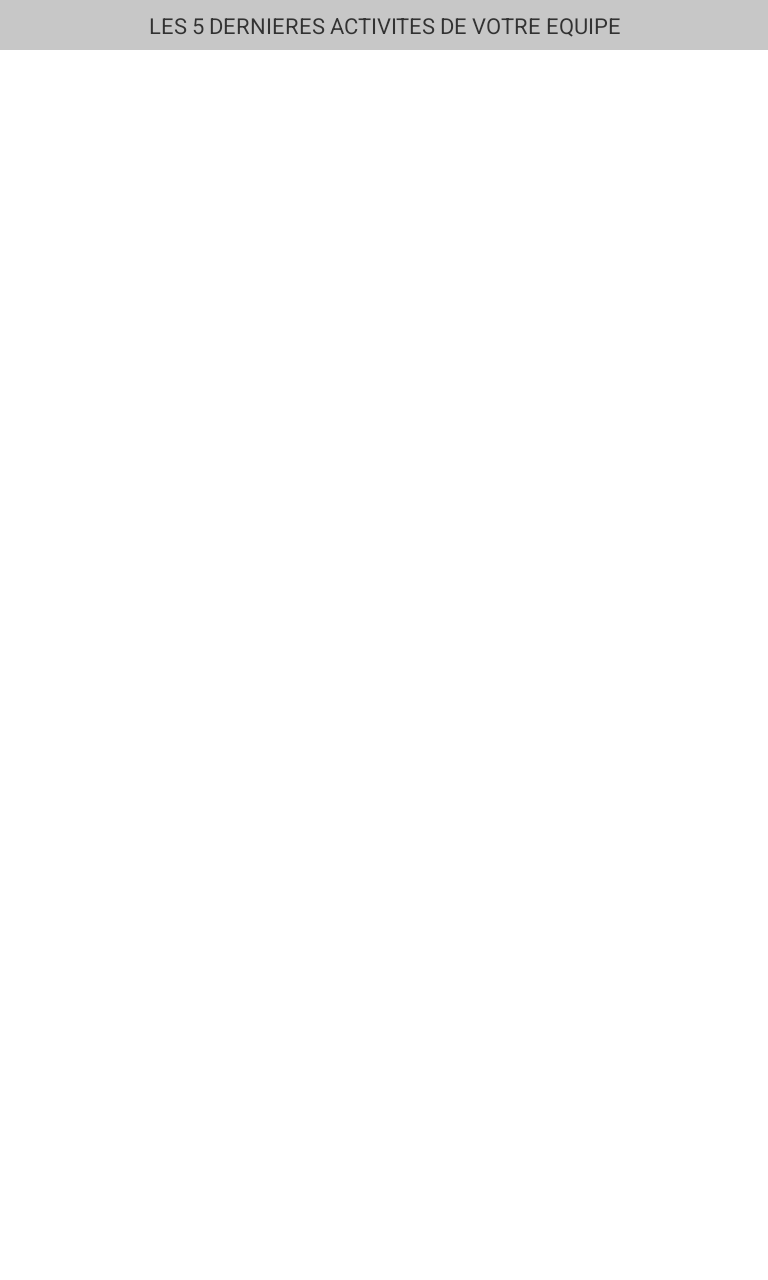
Repository: dekeym/Projet-IHM
Layout: WorkSpace/ChallengeMe/res/layout/fragment_historic.xml
An editor plug-in stored every save of this project. The layout is shown before and after the next save, followed by the edit.
It is drawn on a 768 x 1280 px phone screen (xhdpi) without system bars, with theme android:Theme.Holo.Light.DarkActionBar; the app's code is not run. Lists and similar views that code fills are empty.

Above is the layout before, as saved 2014-12-18 00:07:51.

### WorkSpace/ChallengeMe/res/layout/fragment_historic.xml
<?xml version="1.0" encoding="utf-8"?>
<RelativeLayout xmlns:android="http://schemas.android.com/apk/res/android"
    android:layout_width="match_parent"
    android:layout_height="match_parent"
    android:orientation="vertical" >

    <TextView
        android:id="@+id/userHistoryTitle"
        android:layout_width="478dp"
        android:layout_height="25dp"
        android:layout_alignParentLeft="true"
        android:layout_below="@+id/mainTitle"
        android:background="#c7c7c7"
        android:gravity="center"
        android:text="VOS 5 DERNIERES ACTIVITES"
        android:textSize="11sp" />

    <TextView
        android:id="@+id/teamHistoryTitle"
        android:layout_width="478dp"
        android:layout_height="25dp"
        android:layout_alignParentRight="true"
        android:layout_below="@+id/mainTitle"
        android:background="#c7c7c7"
        android:gravity="center"
        android:text="LES 5 DERNIERES ACTIVITES DE VOTRE EQUIPE"
        android:textSize="11sp" />

    <ListView
        android:id="@+id/listUserHistory"
        android:layout_width="match_parent"
        android:layout_height="wrap_content"
        android:layout_above="@+id/history"
        android:layout_alignRight="@+id/userHistoryTitle"
        android:layout_below="@+id/userHistoryTitle" >

    </ListView>

    <ListView
        android:id="@+id/listTeamHistory"
        android:layout_width="match_parent"
        android:layout_height="wrap_content"
        android:layout_above="@+id/history"
        android:layout_alignLeft="@+id/teamHistoryTitle"
        android:layout_alignParentRight="true"
        android:layout_alignTop="@+id/listUserHistory" >

    </ListView>

</RelativeLayout>

After the next save:
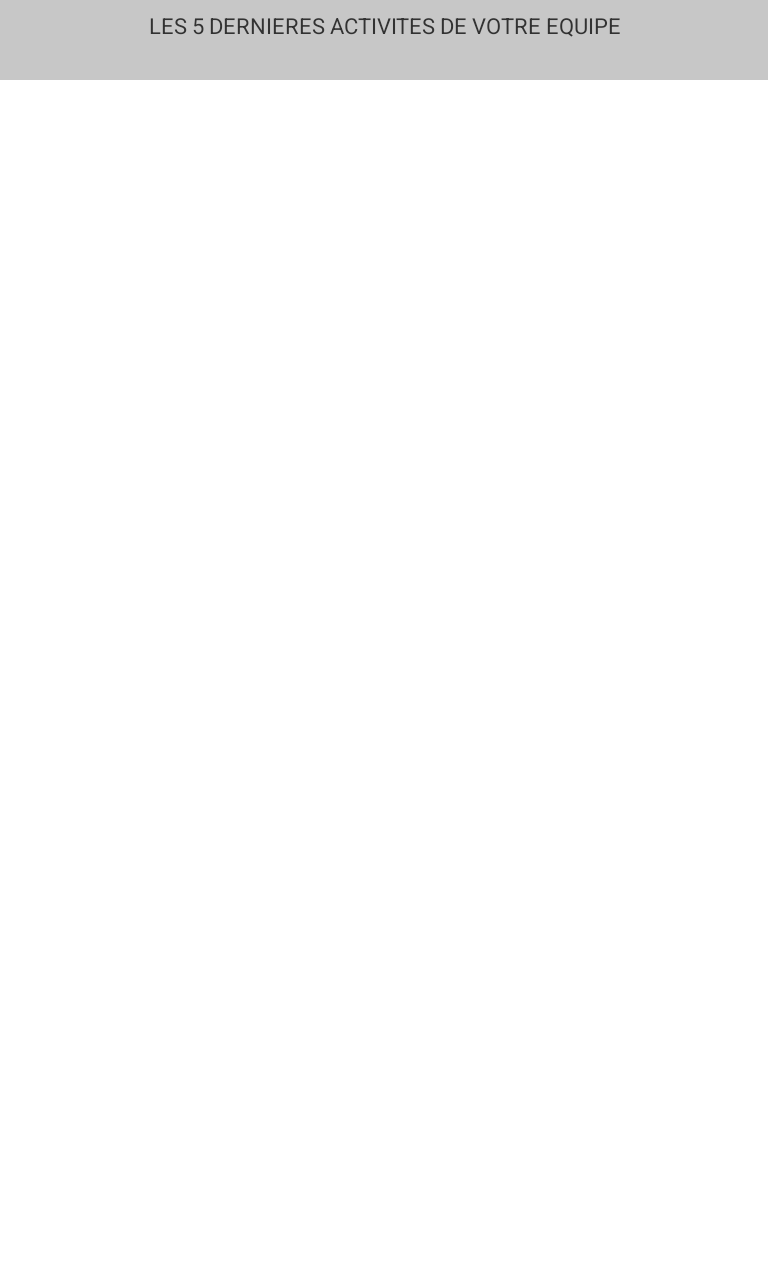
Saved 24 s later.
--- a/WorkSpace/ChallengeMe/res/layout/fragment_historic.xml
+++ b/WorkSpace/ChallengeMe/res/layout/fragment_historic.xml
@@ -7,7 +7,7 @@
     <TextView
         android:id="@+id/userHistoryTitle"
         android:layout_width="478dp"
-        android:layout_height="25dp"
+        android:layout_height="40dp"
         android:layout_alignParentLeft="true"
         android:layout_below="@+id/mainTitle"
         android:background="#c7c7c7"
